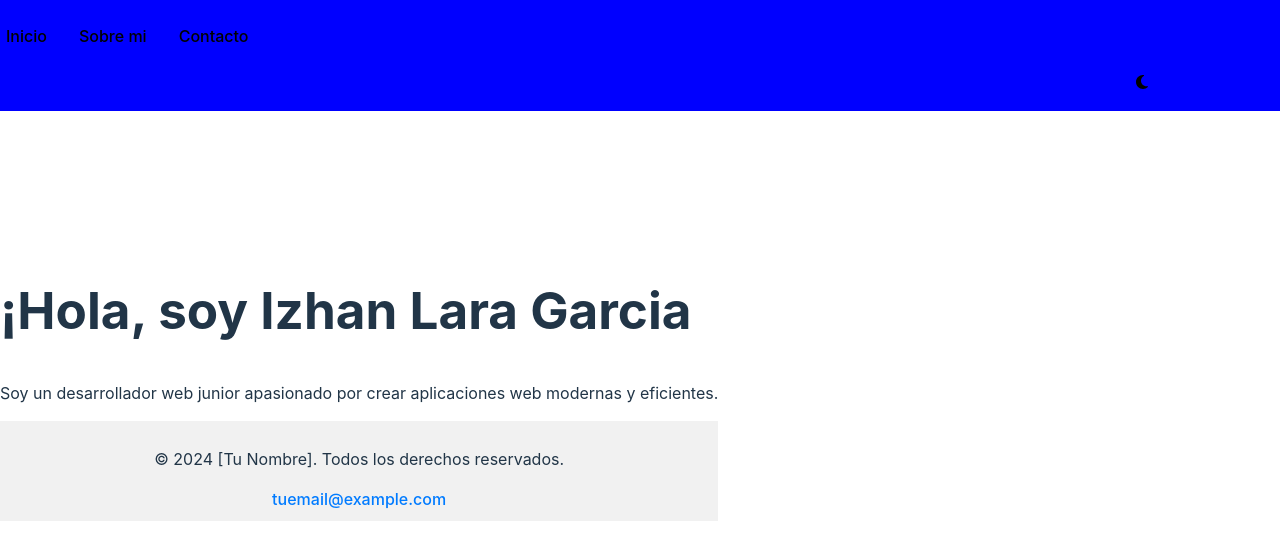
Repository: izhanlaraagarcia/izhanlaraagarcia.github.io
Page: / (app in vite-project/)
These files come from the project's save history. The page is drawn as it stood at one moment and after the next save; the edit follows.
The browser window is 1280 px wide. The pictures show the whole page.
The project was rebuilt for these pictures with package versions that can differ from the ones it lists, and the page was loaded fresh each time. Also part of the build but not shown: vite-project/vite.config.js, vite-project/src/Home/Styles/estilos.css, vite-project/src/pages/About/about.jsx, vite-project/src/pages/Contact/contact.jsx.

Above is the page before, as saved 2024-07-10 13:45:12.

After the next save:
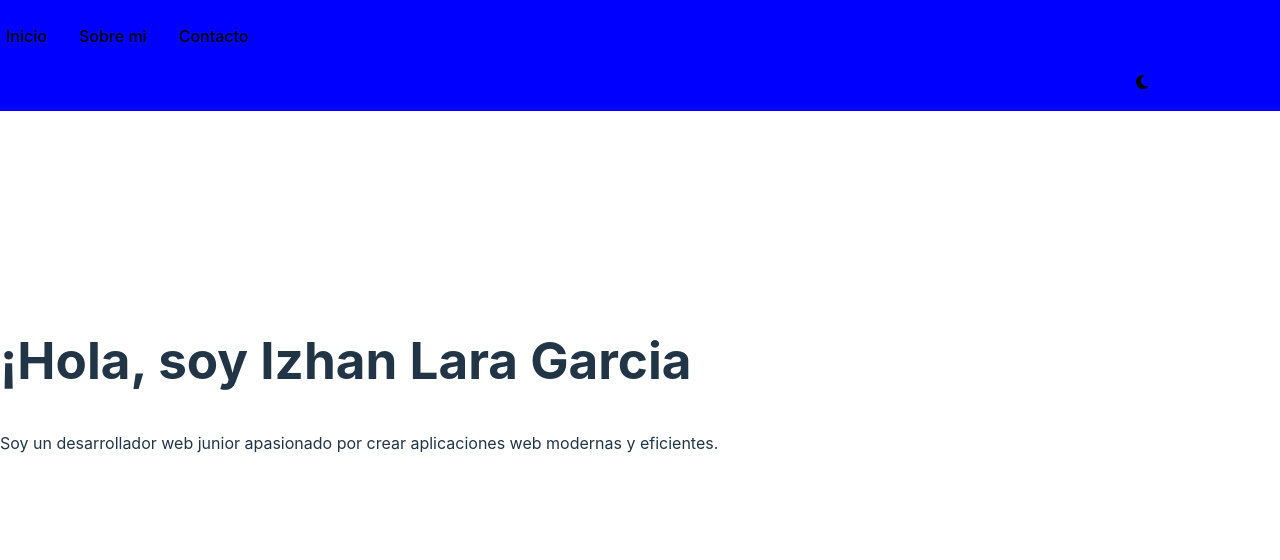
Saved 2 s later.
--- a/vite-project/src/Componentes-Generales/banner.jsx
+++ b/vite-project/src/Componentes-Generales/banner.jsx
@@ -12,11 +12,6 @@ class Banner extends React.Component {
             web modernas y eficientes.
           </p>
         </section>
-
-        <footer id="footer">
-          <p>© 2024 [Tu Nombre]. Todos los derechos reservados.</p>
-          <a href="mailto:tuemail@example.com">tuemail@example.com</a>
-        </footer>
       </div>
     );
   }
